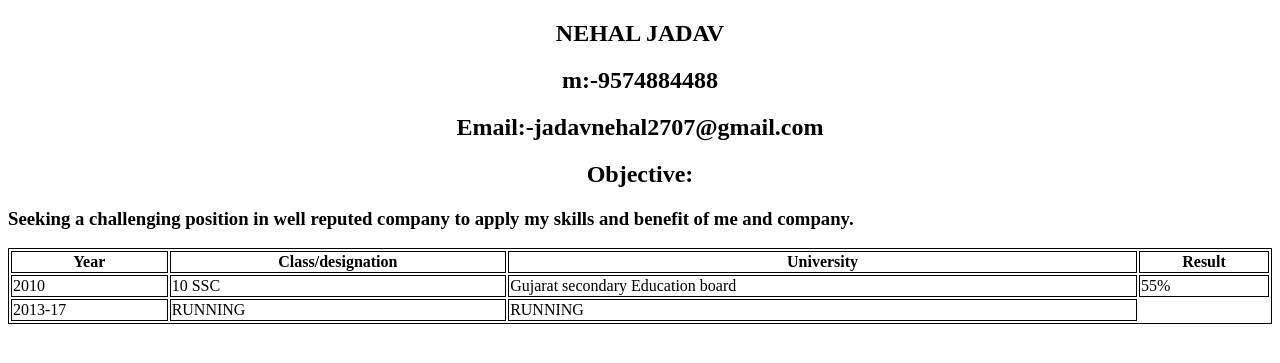
Repository: pratixa-chauhan/practice
Page: resume.html
The author's editor kept a copy of each file at every save. The page is drawn from the files as they stood at one save, then again after the next save.
The browser window is 1280 px wide. The pictures show the whole page.

Above is the page before, as saved 2021-12-21 01:16:30.

After the next save:
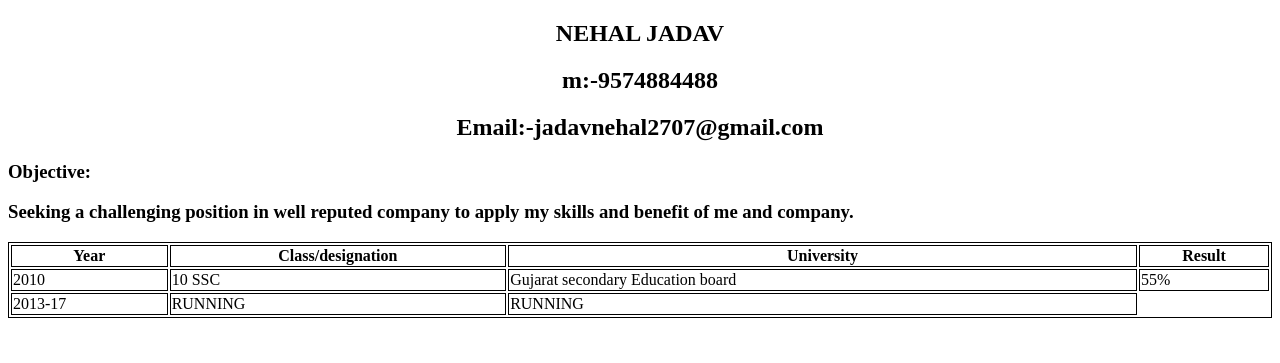
Saved 43 s later.
--- a/resume.html
+++ b/resume.html
@@ -22,8 +22,8 @@
     <h2> m:-9574884488</h2>
     <h2>Email:-jadavnehal2707@gmail.com</h2>
     <tr>
-    <h2>Objective:
-    </h2>
+    <h3>Objective:
+    </h3>
     <h3> Seeking a challenging position in well reputed company to       apply my skills and benefit of me and company.</h3>
 </tr>
     <style>

After the save that followed:
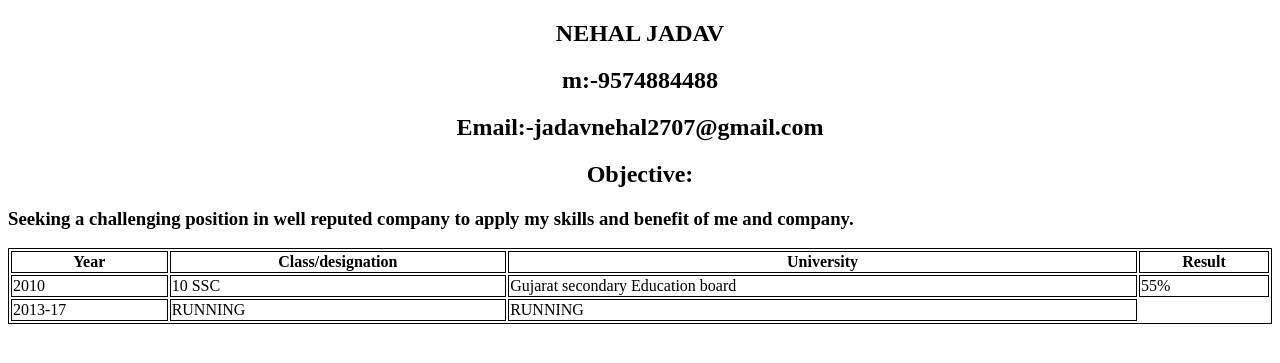
Saved 16 s later.
--- a/resume.html
+++ b/resume.html
@@ -22,8 +22,8 @@
     <h2> m:-9574884488</h2>
     <h2>Email:-jadavnehal2707@gmail.com</h2>
     <tr>
-    <h3>Objective:
-    </h3>
+    <h2>Objective:
+    </h2>
     <h3> Seeking a challenging position in well reputed company to       apply my skills and benefit of me and company.</h3>
 </tr>
     <style>
